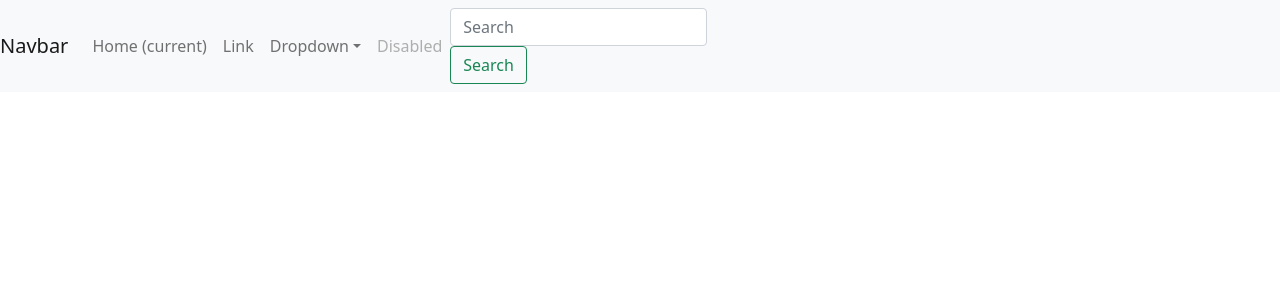
Repository: SaudCh/Web-Mid-Exams
Page: /
An editor plug-in stored every save of this project. The page is shown before and after the next save, followed by the edit.
The browser window is 1280 px wide. The pictures show the whole page.
The project was rebuilt for these pictures with package versions that can differ from the ones it lists, and the page was loaded fresh each time.

Above is the page before, as saved 2021-11-22 10:27:46.

After the next save:
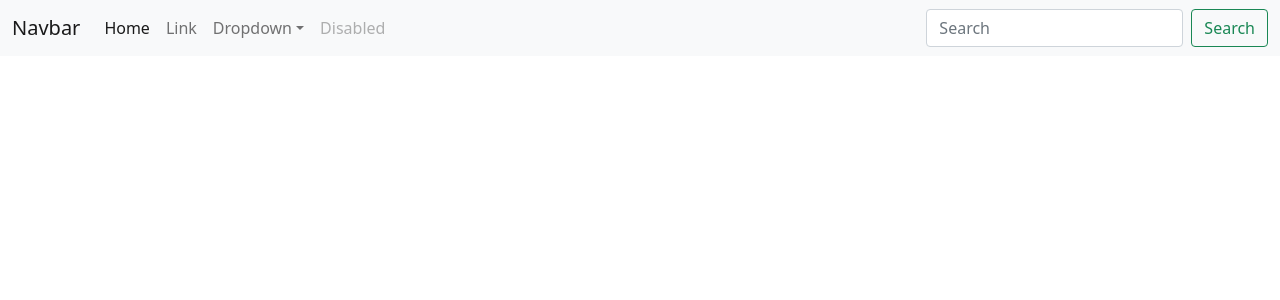
Saved 8 s later.
--- a/src/App.js
+++ b/src/App.js
@@ -5,80 +5,5 @@
 import Header from "./Shared/Header";
 
 export default function App() {
-  return (
-    <div>
-      <nav class="navbar navbar-expand-lg navbar-light bg-light">
-        <a class="navbar-brand" href="#">
-          Navbar
-        </a>
-        <button
-          class="navbar-toggler"
-          type="button"
-          data-toggle="collapse"
-          data-target="#navbarSupportedContent"
-          aria-controls="navbarSupportedContent"
-          aria-expanded="false"
-          aria-label="Toggle navigation"
-        >
-          <span class="navbar-toggler-icon"></span>
-        </button>
-
-        <div class="collapse navbar-collapse" id="navbarSupportedContent">
-          <ul class="navbar-nav mr-auto">
-            <li class="nav-item active">
-              <a class="nav-link" href="#">
-                Home <span class="sr-only">(current)</span>
-              </a>
-            </li>
-            <li class="nav-item">
-              <a class="nav-link" href="#">
-                Link
-              </a>
-            </li>
-            <li class="nav-item dropdown">
-              <a
-                class="nav-link dropdown-toggle"
-                href="#"
-                id="navbarDropdown"
-                role="button"
-                data-toggle="dropdown"
-                aria-haspopup="true"
-                aria-expanded="false"
-              >
-                Dropdown
-              </a>
-              <div class="dropdown-menu" aria-labelledby="navbarDropdown">
-                <a class="dropdown-item" href="#">
-                  Action
-                </a>
-                <a class="dropdown-item" href="#">
-                  Another action
-                </a>
-                <div class="dropdown-divider"></div>
-                <a class="dropdown-item" href="#">
-                  Something else here
-                </a>
-              </div>
-            </li>
-            <li class="nav-item">
-              <a class="nav-link disabled" href="#">
-                Disabled
-              </a>
-            </li>
-          </ul>
-          <form class="form-inline my-2 my-lg-0">
-            <input
-              class="form-control mr-sm-2"
-              type="search"
-              placeholder="Search"
-              aria-label="Search"
-            />
-            <button class="btn btn-outline-success my-2 my-sm-0" type="submit">
-              Search
-            </button>
-          </form>
-        </div>
-      </nav>
-    </div>
-  );
+  return <Header />;
 }
